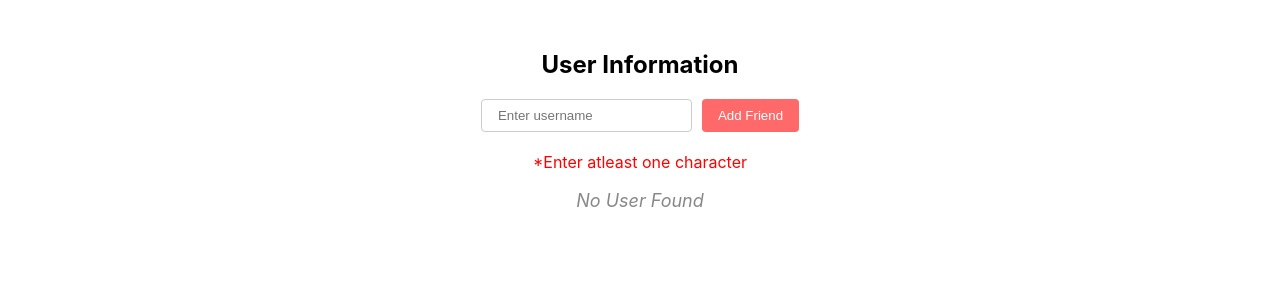
Repository: Sanketh149/leetcode-discord
Page: /
The author's editor kept a copy of each file at every save. The page is drawn from the files as they stood at one save, then again after the next save.
The browser window is 1280 px wide. The pictures show the whole page.
The project was rebuilt for these pictures with package versions that can differ from the ones it lists, and the page was loaded fresh each time. Also part of the build but not shown: src/Modal.module.css, src/Modal.js, src/Cart.module.css, src/Cart.js.

Above is the page before, as saved 2023-06-21 16:58:03.

After the next save:
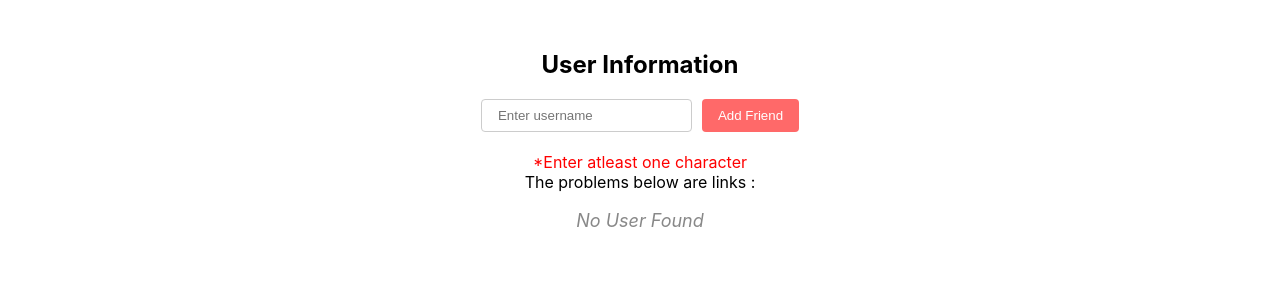
Saved 34 s later.
--- a/src/App.js
+++ b/src/App.js
@@ -103,6 +103,7 @@
       {leetId.map((item) => (
         <button className="displayNameButton">{item}</button>
       ))}
+      <div> The problems below are links :</div>
       {user.length > 0 ? (
         <ul className="app__list">
           {user.map((item) => (
